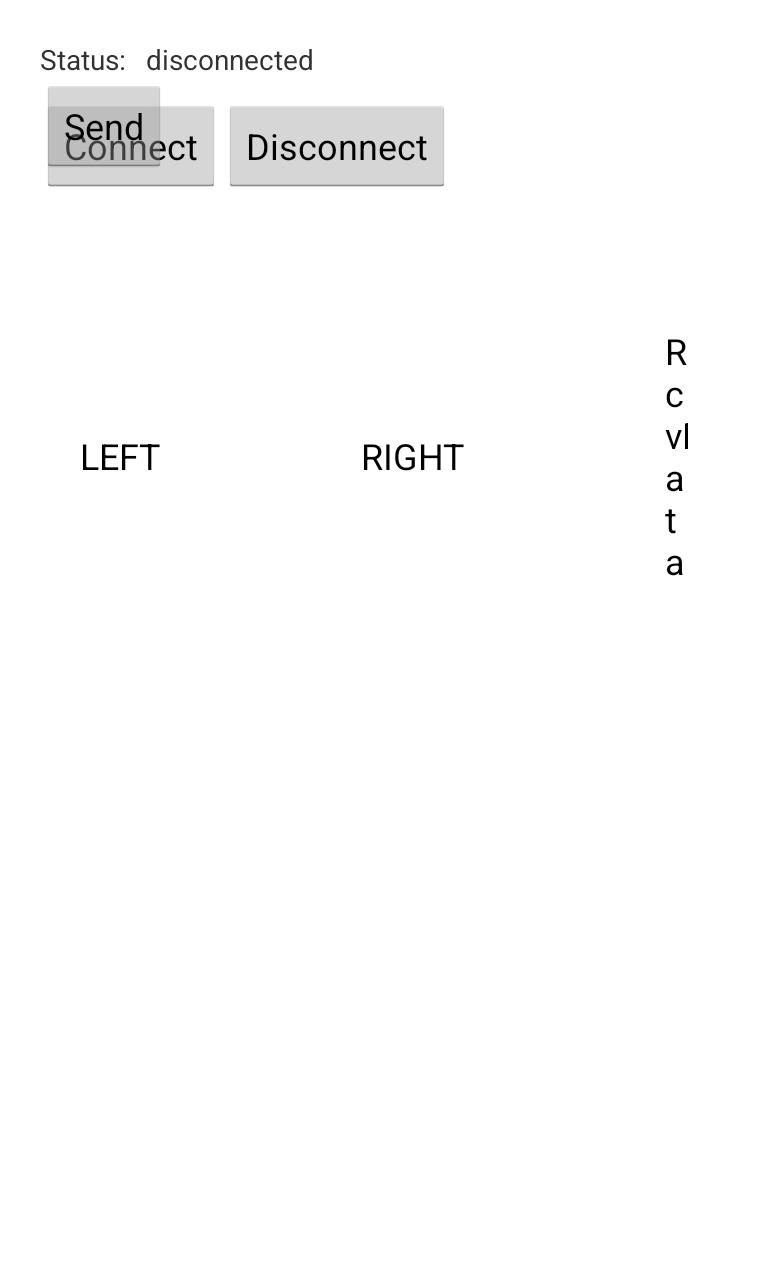
Repository: bigw00d/BleSampleRep
Layout: Android/BleSample2/res/layout/activity_main.xml
These files come from the project's save history. The layout is drawn as it stood at one moment and after the next save; the edit follows.
It is drawn on a 768 x 1280 px phone screen (xhdpi) without system bars, with theme AppTheme; the app's code is not run.

Above is the layout before, as saved 2015-08-13 04:46:54.

After the next save:
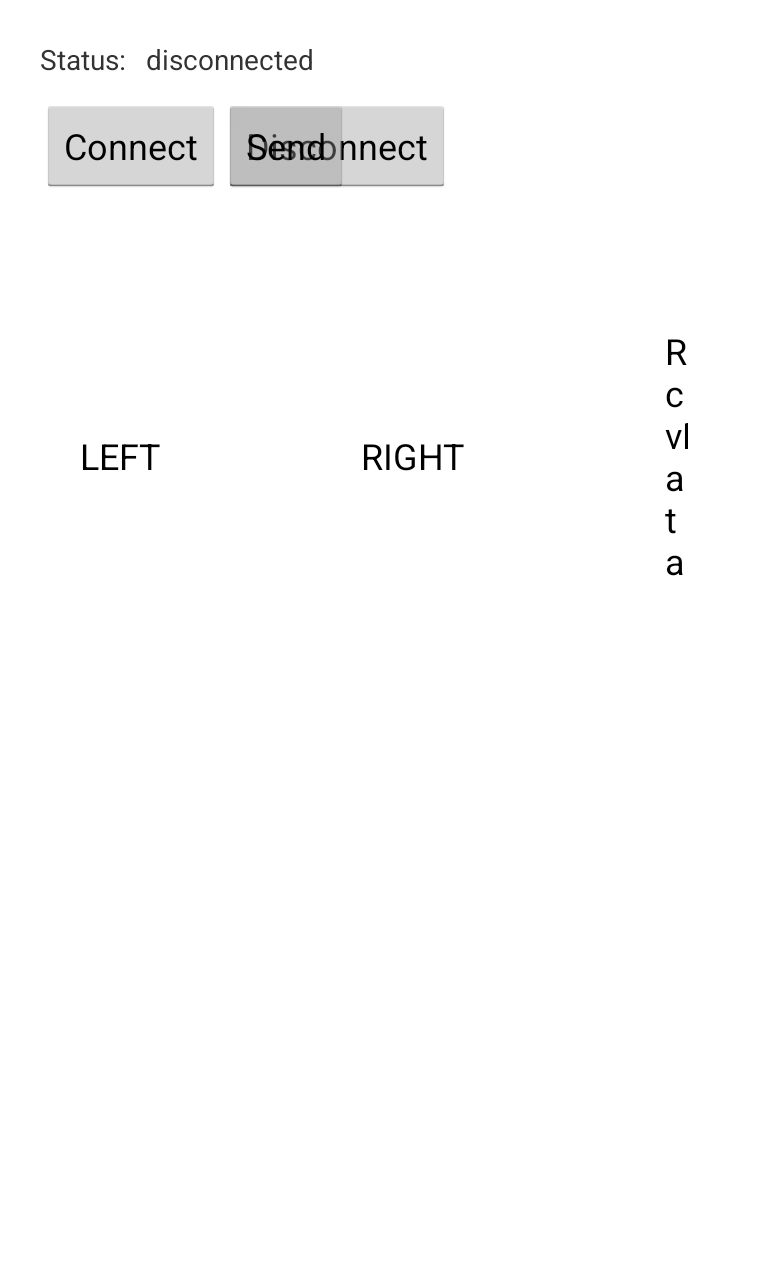
Saved 66 s later.
--- a/Android/BleSample2/res/layout/activity_main.xml
+++ b/Android/BleSample2/res/layout/activity_main.xml
@@ -45,8 +45,8 @@
             android:layout_height="wrap_content"
             android:text="Send"
             android:id="@+id/btn_send"
-            android:layout_below="@id/textView"
-            android:layout_alignLeft="@id/textView"/>
+            android:layout_alignTop="@+id/btn_connect"
+            android:layout_toRightOf="@id/btn_connect"/>
 
 <LinearLayout
             android:layout_width="wrap_content"
